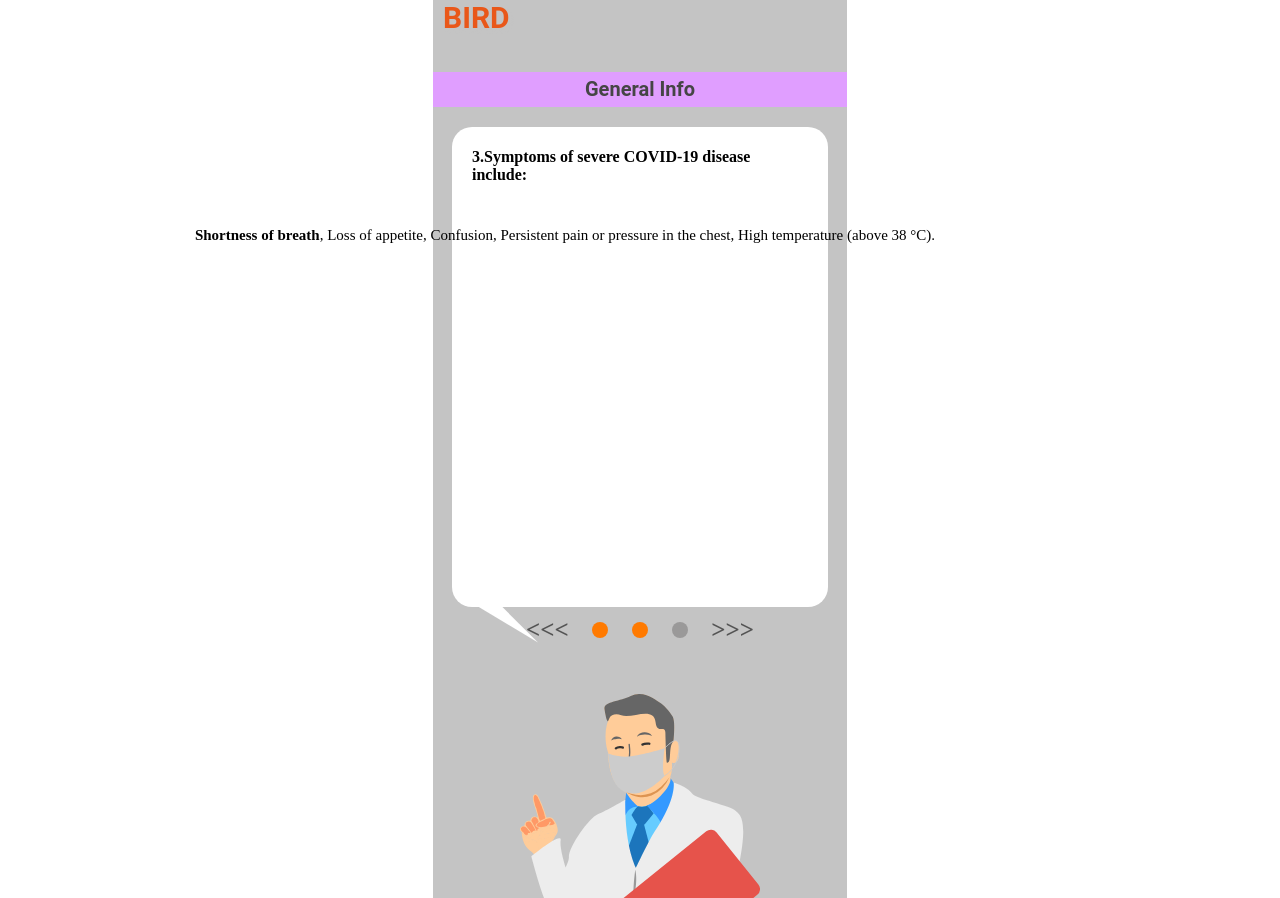
Repository: Levic559/BIRD
Page: General_info-3/1.html
These files come from the project's save history. The page is drawn as it stood at one moment and after the next save; the edit follows.
The browser window is 1280 px wide. The pictures show the whole page.

Above is the page before, as saved 2021-03-11 01:14:36.

### General_info-3/1.html
<!DOCTYPE html>
<html lang="en">
<head>
  <meta charset="UTF-8">
  <meta http-equiv="X-UA-Compatible" content="IE=edge">
  <meta name="viewport" content="width=device-width, initial-scale=1.0">
  <title>General Info 3-1</title>
  <link rel="stylesheet" href="../General_info_structure/mystyle.css">
</head>
<body>
  <div class="wrap">
    <div class="pages">
      <div class="header"></div>
      <div class="banner"></div>
      <div class="infographic">
        <h4 class="infographicQ">3.Symptoms of severe COVID‐19 disease include:

        </h4>
        <p class="infographicText2"><br><b>Shortness of breath</b>,
          Loss of appetite,
          Confusion,
          Persistent pain or pressure in the chest,
          High temperature (above 38 °C).
        </p>
        <div class="infographicImg">
          <img src="">
        </div>
      </div>
      <div class="triangle">
        <img src="../assets/chat-triangle.svg" class="triangleimg">
      </div>
      <div class="BtnPages"></div>
      <div class="Speaker">
        <img src="../assets/doctor-hand.svg" onmouseover="HandleDoctorOn()"
        onmouseout="HandleDoctorOut()" class="doctor">
      </div>
    </div>
</div>
</body>
<script src="../comps/Logo/index.js"></script>
<script src="../comps/Banner/index.js"></script>
<script src="../comps/BtnPages/index.js"></script>
<script src="1.js"></script>
<script>
      function HandleDoctorOn ()
  {
    document.querySelector(".doctor").src ="../assets/doctor.svg"
    document.querySelector(".doctor").style.width = "100%"
    document.querySelector(".doctor").style.height = "100%"
  }
  function HandleDoctorOut ()
  {
    document.querySelector(".doctor").src ="../assets/doctor-hand.svg"
    document.querySelector(".doctor").style.width = ""
    document.querySelector(".doctor").style.height = ""

  }
</script>
</html>

### General_info_structure/mystyle.css
body {
  margin: 0;
  padding: 0;
}

.wrap{
  width: 100vw;
  height: 100vh;
  box-sizing: border-box;
  position: relative;
  display: flex;
  flex-direction: row;
}
.pages{
  margin: 0 auto;
  width: 414px;
  height: 898px;
  display: flex;
  flex-direction: column;
  background-color: #C4C4C4;
  overflow: hidden;
}
.header{
  width: 414px;
  height: 85px;
  padding-left: 10px;
}
.banner{
  width: 414px;
  height: 35px;
  margin: 0 ;
  padding: 0;
}
.bgcWhite{
  background-color: #fff;
}

.infographic {
  width: 376px;
  min-height: 480px;
  max-height: 480px;
  margin-top: 20px;
  background-color: white;
  border-radius: 20px;
  align-self: center;
  display: flex;
  flex-direction: column;
  align-items: center;
  justify-content: space-between;
}

.triangle {
  width: 70px;
  height: 70px;
  overflow: hidden;
  position: relative;
  left: 35px;
  bottom: 15px;
}

.triangleimg {
  width: 100%;
  height: 100%;
}

.BtnPages {
  align-self: center;
  position: relative;
  bottom: 50px;
}

.Speaker {
  width: 240px;
  height: 240px;
  overflow: hidden;
  align-self: center;
}
.head{
  color: #C4C4C4;
  position: absolute;
  margin-right: 170px;
  margin-top: 230px;

}
.head2{
  color: #C4C4C4;
  position: absolute;
  margin-right: 180px;
  margin-top: 430px;

}

.infographicImg{

  width: 300px;
  height: 200px;
  overflow: hidden;
  position: absolute;
  margin-top: 250px;
}
.infographicImg2{
  width: 35px;
  height: 35px;
  position: absolute;
  margin-top: 280px;
  margin-right: 255px;
  overflow: hidden;
}
.infographicImg3{
  width: 75px;
  height: 75px;
  position: absolute;
  margin-top: 300px;
  margin-right: 150px;
  overflow: hidden;
}
.infographicImg4{
  width: 30px;
  height: 30px;
  position: absolute;
  margin-top: 270px;
  margin-right: 60px;
  overflow: hidden;
}
.infographicImg5{
  width: 35px;
  height: 35px;
  position: absolute;
  margin-top: 360px;
  margin-right: 110px;
  overflow: hidden;
}
.infographicImg6{
  width: 75px;
  height: 75px;
  position: absolute;
  margin-top: 300px;
  margin-right: 200px;
  overflow: hidden;
}
.infographicImg7{
  width: 30px;
  height: 30px;
  position: absolute;
  margin-top: 250px;
  margin-right: 49px;
  overflow: hidden;
}
.infographicImg8{
  width: 250px;
  height: 250px;
  position: absolute;
  margin-top: 250px;
  margin-right: 10px;
  overflow: hidden;
}
.infographicImg9{
  width: 250px;
  height: 250px;
  position: absolute;
  margin-top: 243px;
  margin-right: 10px;
  overflow: hidden;
}
.infographicImg10{
  width: 250px;
  height: 250px;
  position: absolute;
  margin-top: 267px;
  margin-right: 10px;
  overflow: hidden;
}


.infographicQ {
  padding-left: 20px;
  padding-right: 20px;
}

.infographicText {
  font-size: 30px;
  padding-left: 20px;
  padding-right: 20px;
}
.infographicText1{
  font-size: 15px;
  display: flex;
  position: absolute;
  margin-top: 100px;
  margin-right: 150px;
}
.infographicText2{
  font-size: 15px;
  display: flex;
  align-items: center;
  position: absolute;
  margin-top: 100px;
  margin-right: 150px;
}

### comps/Logo/index.js
function LogoUI(fontSize="84",fontWeight="700", Scolor="grey"){
  return`
  <div style="
  font-size:${fontSize}px;
  font-weight:${fontWeight};
  font-family: Roboto;
  position:absolute;
  color:#E95719;
  text-shadow:3px 3px 3px ${Scolor} ;
  transition: opactity 0.3s; left 0.5s;
  opacity:1;
  onmouseover="LogoUI.HandleMouseover(this)";
  onmouseout="LogoUI.HandleMouseout(this)";
  onclick="LogoUI.Handleclick(this)";
  >BIRD</div>

  `
}

LogoUI.HandleMouseover = (el) =>{
  el.style.opacity = 0.75;
}

LogoUI.HandleMouseout = (el) =>{
  el.style.opacity = 1;
}

LogoUI.Handleclick = (el) =>{
  el.style.top = "-20px";
  el.style.fontSize="550%";
}

// export  const Logo = LogoUI();

### comps/Banner/index.js
function BannerUI(text="Covid-19"){
  return`
  <div style="
  width:414px;
  height:35px;
  font-size:20px;
  line-height: 35px;
  text-align: center;
  font-weight:700;
  font-family: Roboto;
  background-color:#E09EFF;
  color:#454545;
  ">${text}</div>

  `
}

// export  const Banner = BannerUI();

### comps/BtnPages/index.js
function BtnPagesUI (circleTwo="#9A9999", circleThree="#9A9999", lastPage="../General_info_structure/General_info-1.html", nextPage="../General_info_structure/General_info-1.html")
{
    return`
        <div style="
            display: flex;
            flex-direction: row;
            max-width: 228px;
            min-width: 228px;
            justify-content: space-between;
            align-items: center;
        ">
            <div style="
                font-size: 25px;
                font-weight: bold;
                color: #545454;
                transition: text-shadow 0.3s;
            "
            onmouseover='BtnPagesUI.HandleMouseOver1(this)'
            onmouseout='BtnPagesUI.HandleMouseOut1(this)'
            onclick='window.location.href="${lastPage}"'
            > <<< </div>

            <div style="
                width: 16px;
                height: 16px;
                border-radius: 50%;
                background-color: #FF7A00;
                transition: border 0.3s;
            "
            onmouseover='BtnPagesUI.HandleMouseOver2(this)'
            onmouseout='BtnPagesUI.HandleMouseOut2(this)'
            onclick='window.location.href="../General_info-1/1.html"'
            ></div>
            <div style="
                width: 16px;
                height: 16px;
                border-radius: 50%;
                background-color: ${circleTwo};
                transition: border 0.3s;
            "
            onmouseover='BtnPagesUI.HandleMouseOver2(this)'
            onmouseout='BtnPagesUI.HandleMouseOut2(this)'
            onclick='window.location.href="../General_info-3/1.html"'
            ></div>
            <div style="
                width: 16px;
                height: 16px;
                border-radius: 50%;
                background-color: ${circleThree};
                transition: border 0.3s;
            "
            onmouseover='BtnPagesUI.HandleMouseOver2(this)'
            onmouseout='BtnPagesUI.HandleMouseOut2(this)'
            onclick='window.location.href="../General_info-5/1.html"'
            ></div>

            <div style ="
                font-size: 25px;
                font-weight: bold;
                color: #545454;
                transition: text-shadow 0.3s;
            "
            onmouseover='BtnPagesUI.HandleMouseOver1(this)'
            onmouseout='BtnPagesUI.HandleMouseOut1(this)'
            onclick='window.location.href="${nextPage}"'
            > >>> </div>
        </div>
    `
}

BtnPagesUI.HandleMouseOver1 = (el) => {
    el.style.textShadow = "0px 0px 3px black"
}

BtnPagesUI.HandleMouseOut1 = (el) => {
    el.style.textShadow = "0px 0px 0px #545454"
}

BtnPagesUI.HandleMouseOver2 = (el) => {
    el.style.border = " 2px solid #545454"
}
BtnPagesUI.HandleMouseOut2 = (el) => {
    el.style.border = " 0px solid #545454"
}



//export const BtnPages = BtnPagesUI()

### General_info-3/1.js
document.querySelector(".header").innerHTML += LogoUI(30,700, "#C4C4C4");
document.querySelector(".banner").innerHTML += BannerUI("General Info");
document.querySelector(".BtnPages").innerHTML += BtnPagesUI("#FF7A00", "#9A9999");

After the next save:
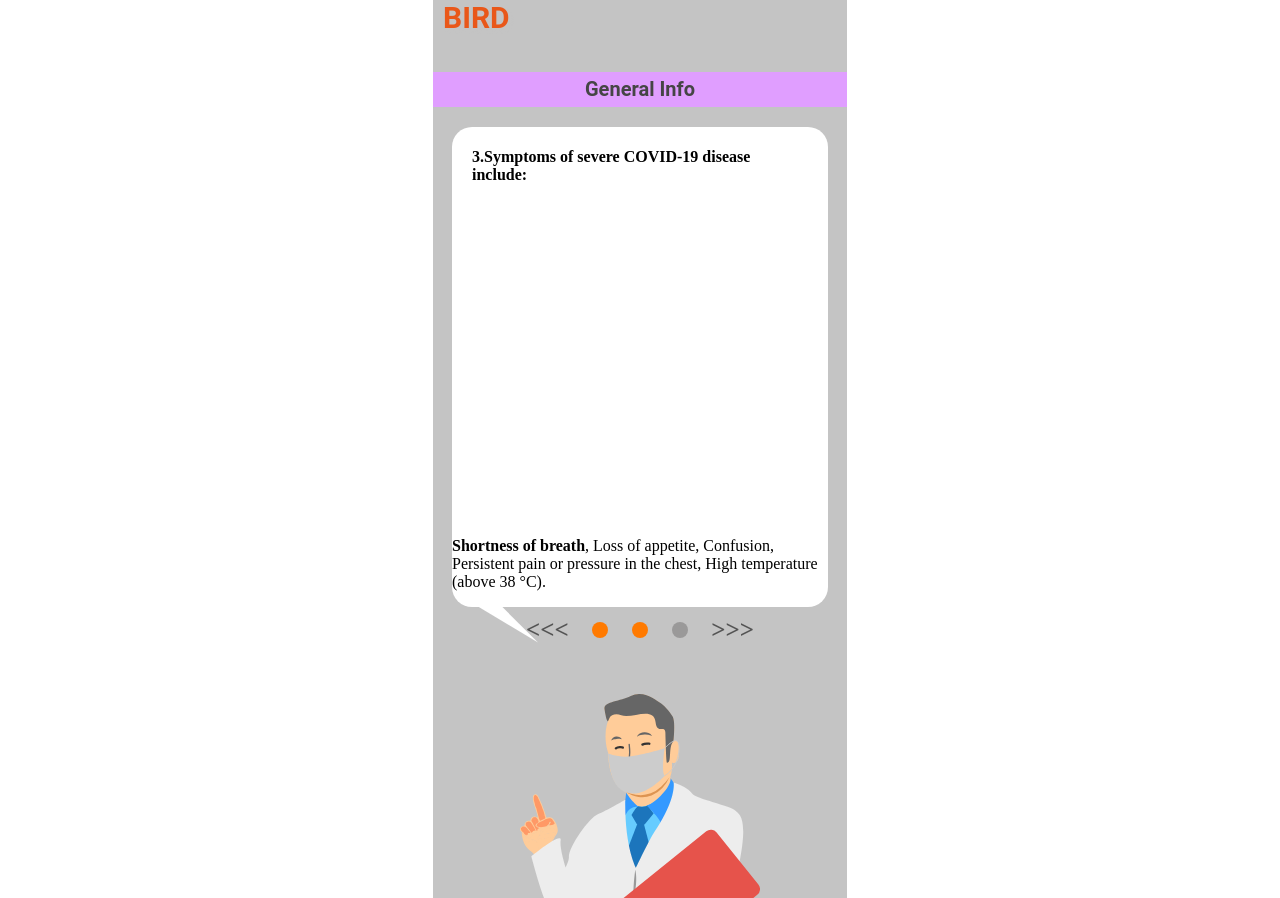
Saved 45 s later.
--- a/General_info_structure/mystyle.css
+++ b/General_info_structure/mystyle.css
@@ -190,10 +190,5 @@ body {
   margin-right: 150px;
 }
 .infographicText2{
-  font-size: 15px;
-  display: flex;
-  align-items: center;
-  position: absolute;
-  margin-top: 100px;
-  margin-right: 150px;
+
 }
